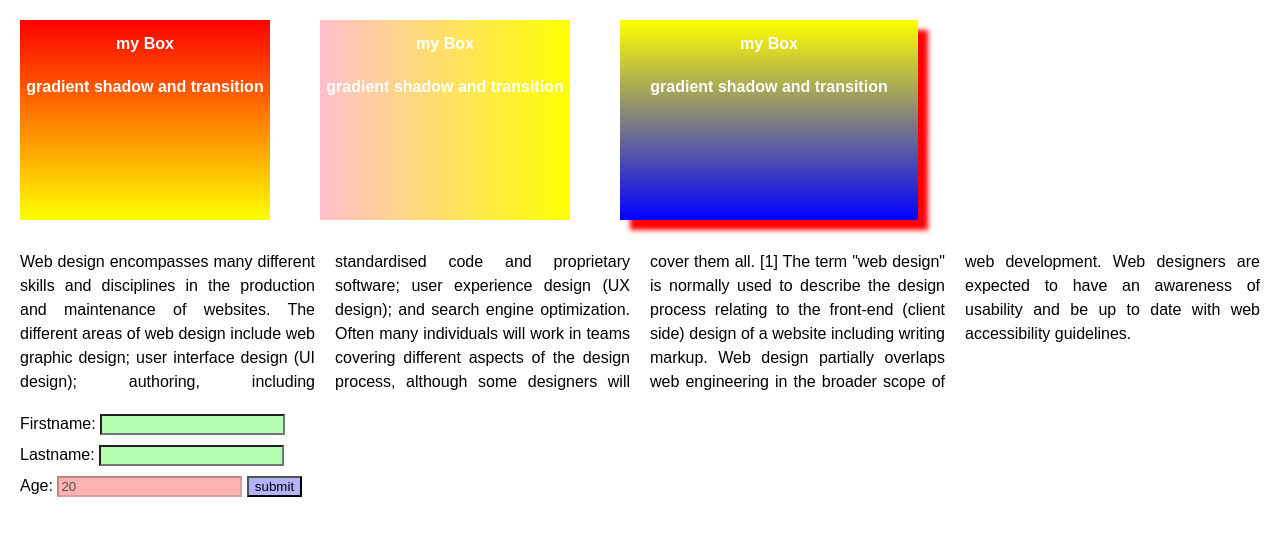
Repository: nuwat-wa/Lab_Ass_WebDesign
Page: HW04-2_IT_Sec1/lab4-2.html
These files come from the project's save history. The page is drawn as it stood at one moment and after the next save; the edit follows.
The browser window is 1280 px wide. The pictures show the whole page.
The pointer rests on the first visible `.box3`.

Above is the page before, as saved 2026-10-20 23:36:43.

### HW04-2_IT_Sec1/lab4-2.html
<!doctype html>
<html lang="th">
  <head>
    <meta charset="UTF-8" />
    <meta name="viewport" content="width=device-width, initial-scale=1.0" />
    <title>Lab 4-2</title>

    <style>
      body {
        font-family: Arial, sans-serif;
        margin: 20px;
        color: #000;
      }

      .box-container {
        display: flex;
        flex-wrap: wrap;
        align-items: flex-start;
        gap: 50px;
        margin-bottom: 30px;
      }

      .box {
        width: 250px;
        height: 200px;
        flex-shrink: 0;
        text-align: center;
        color: #fff;
        font-weight: bold;
        transition: width 2s;
      }

      .box h2 {
        font-size: 16px;
        color: #fff;
        margin-top: 15px;
      }

      .box p {
        font-size: 16px;
        margin: 25px 5px 0;
      }

      .box:hover {
        width: 300px;
      }

      .box1 {
        background: linear-gradient(to bottom, red, yellow);
      }

      .box1:hover{
        box-shadow: 10px 10px 5px red;
      }

      .box2 {
        background: linear-gradient(to right, pink, yellow);
      }

       .box2:hover{
        box-shadow: 10px 10px 5px pink;
      }

      .box3 {
        background: linear-gradient(to top, blue, yellow);
      }

       .box3:hover{
        box-shadow: 10px 10px 5px red;
      }

      .column-section {
        margin-top: 10px;
      }

      .column-section h2 {
        font-size: 22px;
        margin-bottom: 10px;
      }

      .column-text {
        column-count: 4;
        column-gap: 20px;
        margin-top: 10px;
        line-height: 1.5;
        text-align: justify;
      }

      .column-text p {
        margin-top: 0;
      }

      .form-section {
        margin-top: 20px;
      }

      .form-row {
        margin-bottom: 10px;
      }

      input:enabled {
        background-color: rgba(0, 255, 0, 0.3);
      }

      input:disabled {
        background-color: rgba(255, 0, 0, 0.3);
      }

      input[type="submit"] {
        background-color: rgba(0, 0, 255, 0.3);
        cursor: pointer;
      }
    </style>
  </head>

  <body>
    <section class="box-container">
      <div class="box box1">
        <h2>my Box</h2>
        <p>gradient shadow and transition</p>
      </div>

      <div class="box box2">
        <h2>my Box</h2>
        <p>gradient shadow and transition</p>
      </div>

      <div class="box box3">
        <h2>my Box</h2>
        <p>gradient shadow and transition</p>
      </div>
    </section>

    <section class="column-section">
      <div class="column-text">
        <p>
          Web design encompasses many different skills and disciplines in the
          production and maintenance of websites. The different areas of web
          design include web graphic design; user interface design (UI design);
          authoring, including standardised code and proprietary software; user
          experience design (UX design); and search engine optimization. Often
          many individuals will work in teams covering different aspects of the
          design process, although some designers will cover them all. [1] The
          term "web design" is normally used to describe the design process
          relating to the front-end (client side) design of a website including
          writing markup. Web design partially overlaps web engineering in the
          broader scope of web development. Web designers are expected to have
          an awareness of usability and be up to date with web accessibility
          guidelines.
        </p>
      </div>
    </section>

    <section class="form-section">
      <form action="#" method="get">
        <div class="form-row">
          <label for="firstname">Firstname:</label>
          <input type="text" id="firstname" name="firstname" />
        </div>

        <div class="form-row">
          <label for="lastname">Lastname:</label>
          <input type="text" id="lastname" name="lastname" />
        </div>

        <div class="form-row">
          <label for="age">Age:</label>
          <input type="number" id="age" name="age" value="20" disabled />

          <input type="submit" value="submit" />
        </div>
      </form>
    </section>
  </body>
</html>

After the next save:
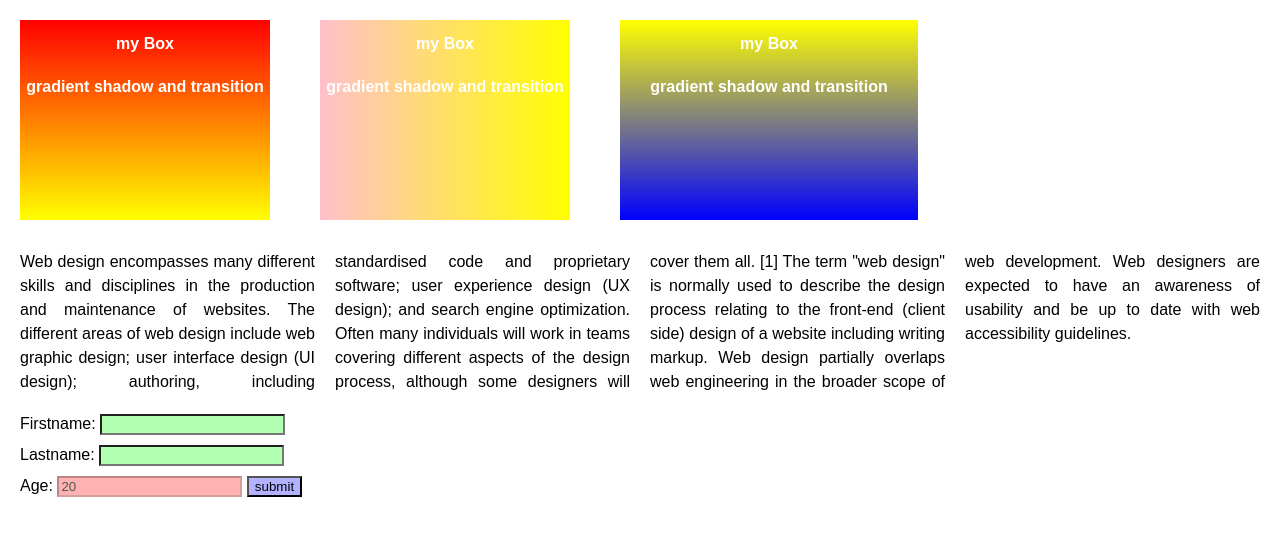
Saved 6 s later.
--- a/HW04-2_IT_Sec1/lab4-2.html
+++ b/HW04-2_IT_Sec1/lab4-2.html
@@ -66,7 +66,7 @@
       }
 
        .box3:hover{
-        box-shadow: 10px 10px 5px red;
+        box-shadow: 10px 10px 5px brue;
       }
 
       .column-section {
